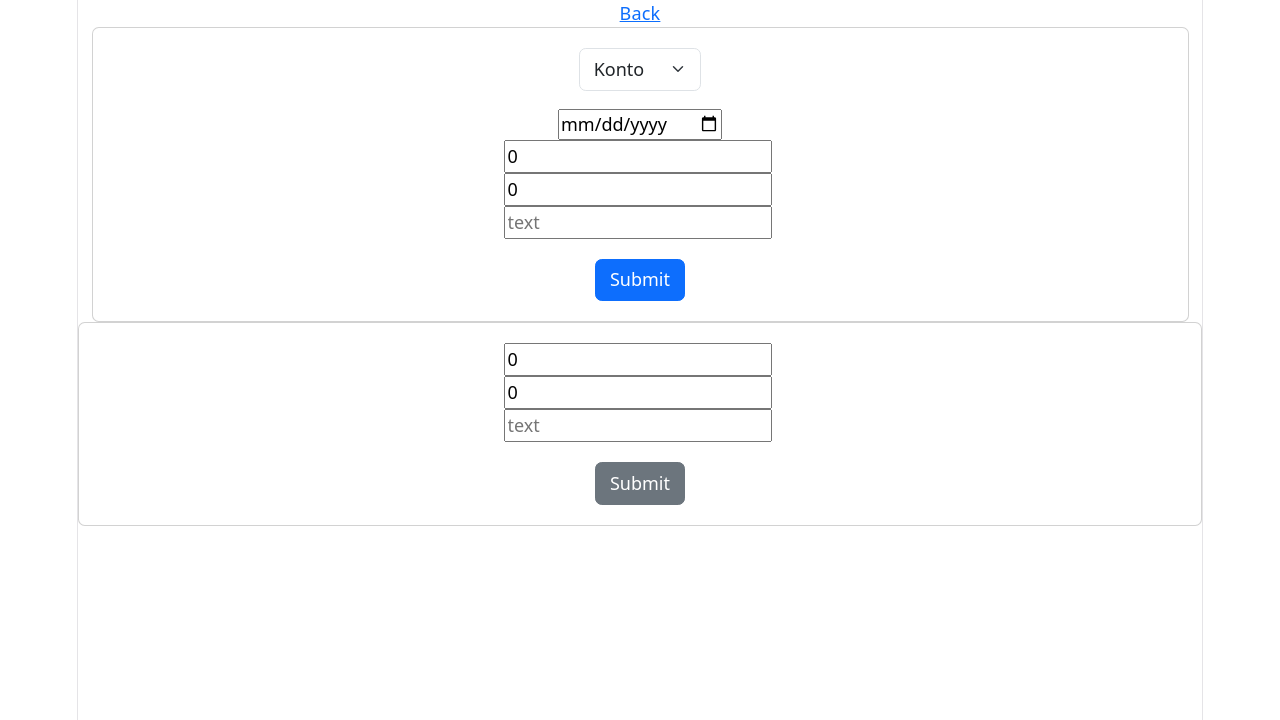
Repository: supply24/kidsaccount
Page: /action
These files come from the project's save history. The page is drawn as it stood at one moment and after the next save; the edit follows.
The browser window is 1280 px wide. The pictures show the whole page.
The page's requests for data from a server got no answer. The project was rebuilt for these pictures with package versions that can differ from the ones it lists, and the page was loaded fresh each time. No one was signed in, and anything a server would have sent is missing. Also part of the build but not shown: vite.config.js, src/App.css, src/App.jsx, src/Homing.jsx, src/Emilia.jsx, src/Alexander.jsx.

Above is the page before, as saved 2026-08-01 12:15:42.

After the next save:
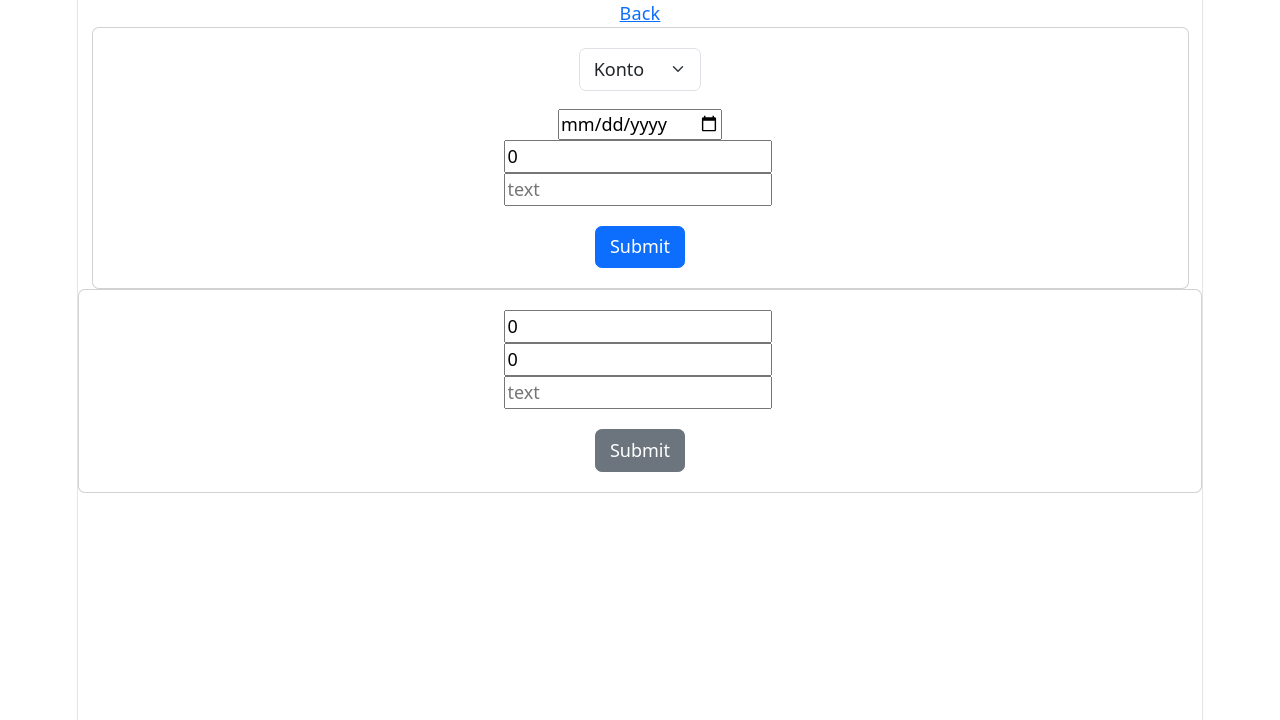
Saved 33 s later.
--- a/src/Actions.jsx
+++ b/src/Actions.jsx
@@ -107,7 +107,6 @@ const Actions = () => {
 </Col>
 <input type="date" value={datetime} onChange={handleDatetime} />
 <input type="number" value={kredit} onChange={handleKredit} placeholder='kredit'/>&nbsp;
-<input type="number" value={debet} onChange={handleDebet} placeholder='debet'/>&nbsp;
 <input type="text" value={texting} onChange={handleTexting} placeholder='text'/>&nbsp;
 
 <Col align="center" md  ={4} className="mx-auto" style={{marginTop:"20px"}}>
